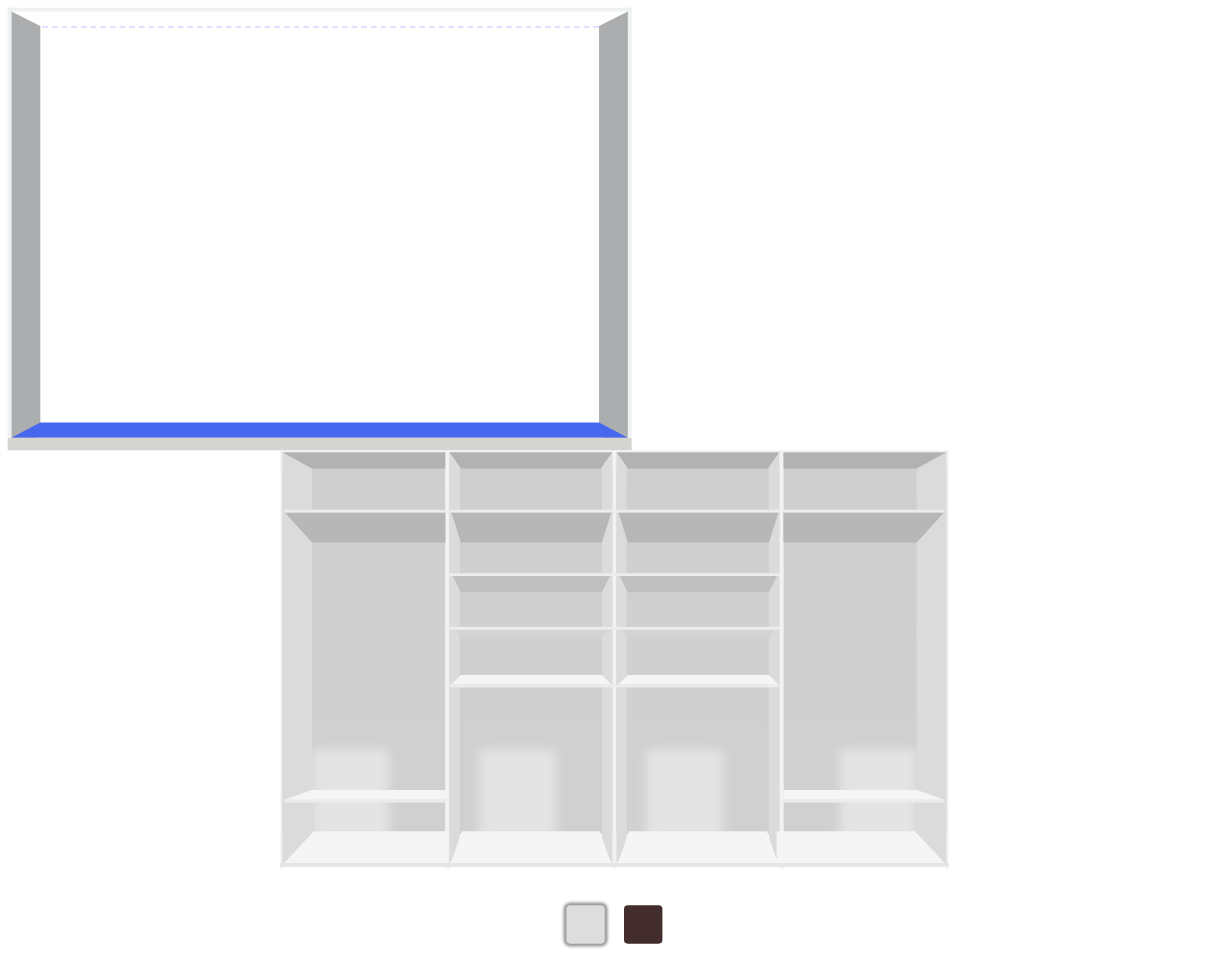
Repository: OlgaMatosova/wardrop
Page: modul.html
These files come from the project's save history. The page is drawn as it stood at one moment and after the next save; the edit follows.
The browser window is 1280 px wide. The pictures show the whole page, at 96% of full size.

Above is the page before, as saved 2020-06-07 12:36:13.

After the next save:
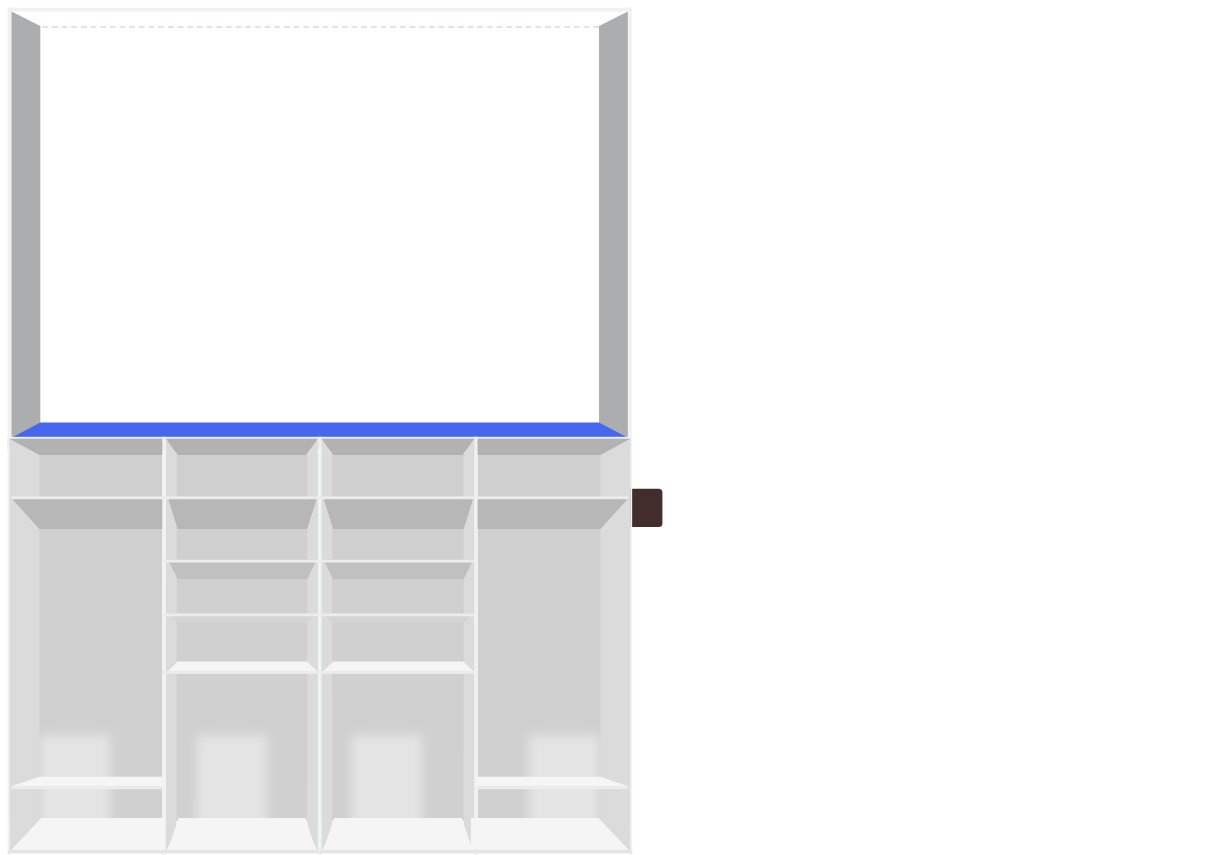
Saved 64 s later.
--- a/modul.html
+++ b/modul.html
@@ -392,67 +392,68 @@
         </div>
         <div class="floor"></div>
         <div class="floorBottomBorder"></div>
-    </div>
-
-
-    <div class="flex " id="furniture">
-        <div class="list_card-info division-1">
-            <div class="walls">
-                <div class="leftWall"></div>
-                <div class="rightWall"></div>
-                <div class="back"></div>
-                <div class="ceiling"></div>
+        <div class="flex " id="furniture">
+            <div class="list_card-info division-1">
+                <div class="walls">
+                    <div class="leftWall"></div>
+                    <div class="rightWall"></div>
+                    <div class="back"></div>
+                    <div class="ceiling"></div>
+                </div>
+                <div class="shelve1 shelves"></div>
+                <div class="shelve2 shelves"></div>
+                <div class="shelve3 shelves"></div>
+                <div class="shelve4 shelves"></div>
+                <div class="floor"></div>
+                <div class="floorBottomBorder"></div>
             </div>
-            <div class="shelve1 shelves"></div>
-            <div class="shelve2 shelves"></div>
-            <div class="shelve3 shelves"></div>
-            <div class="shelve4 shelves"></div>
-            <div class="floor"></div>
-            <div class="floorBottomBorder"></div>
-        </div>
-        <div class="list_card-info">
-            <div class="walls">
-                <div class="leftWall"></div>
-                <div class="rightWall"></div>
-                <div class="back"></div>
-                <div class="ceiling"></div>
+            <div class="list_card-info">
+                <div class="walls">
+                    <div class="leftWall"></div>
+                    <div class="rightWall"></div>
+                    <div class="back"></div>
+                    <div class="ceiling"></div>
+                </div>
+                <div class="shelve1 shelves"></div>
+                <div class="shelve2 shelves"></div>
+                <div class="shelve3 shelves"></div>
+                <div class="shelve4 shelves"></div>
+                <div class="floor"></div>
+                <div class="floorBottomBorder"></div>
             </div>
-            <div class="shelve1 shelves"></div>
-            <div class="shelve2 shelves"></div>
-            <div class="shelve3 shelves"></div>
-            <div class="shelve4 shelves"></div>
-            <div class="floor"></div>
-            <div class="floorBottomBorder"></div>
-        </div>
-        <div class="list_card-info">
-            <div class="walls">
-                <div class="leftWall"></div>
-                <div class="rightWall"></div>
-                <div class="back"></div>
-                <div class="ceiling"></div>
+            <div class="list_card-info">
+                <div class="walls">
+                    <div class="leftWall"></div>
+                    <div class="rightWall"></div>
+                    <div class="back"></div>
+                    <div class="ceiling"></div>
+                </div>
+                <div class="shelve1 shelves"></div>
+                <div class="shelve2 shelves"></div>
+                <div class="shelve3 shelves"></div>
+                <div class="shelve4 shelves"></div>
+                <div class="floor"></div>
+                <div class="floorBottomBorder"></div>
             </div>
-            <div class="shelve1 shelves"></div>
-            <div class="shelve2 shelves"></div>
-            <div class="shelve3 shelves"></div>
-            <div class="shelve4 shelves"></div>
-            <div class="floor"></div>
-            <div class="floorBottomBorder"></div>
-        </div>
-        <div class="list_card-info division-1 rightPerspective">
-            <div class="walls">
-                <div class="leftWall"></div>
-                <div class="rightWall"></div>
-                <div class="back"></div>
-                <div class="ceiling"></div>
+            <div class="list_card-info division-1 rightPerspective">
+                <div class="walls">
+                    <div class="leftWall"></div>
+                    <div class="rightWall"></div>
+                    <div class="back"></div>
+                    <div class="ceiling"></div>
+                </div>
+                <div class="shelve1 shelves"></div>
+                <div class="shelve2 shelves"></div>
+                <div class="shelve3 shelves"></div>
+                <div class="shelve4 shelves"></div>
+                <div class="floor"></div>
+                <div class="floorBottomBorder"></div>
             </div>
-            <div class="shelve1 shelves"></div>
-            <div class="shelve2 shelves"></div>
-            <div class="shelve3 shelves"></div>
-            <div class="shelve4 shelves"></div>
-            <div class="floor"></div>
-            <div class="floorBottomBorder"></div>
         </div>
     </div>
+
+
+
     <div class="colors flex">
         <div class="default color">
             <input   checked  id="default" name="color" type="radio" />
